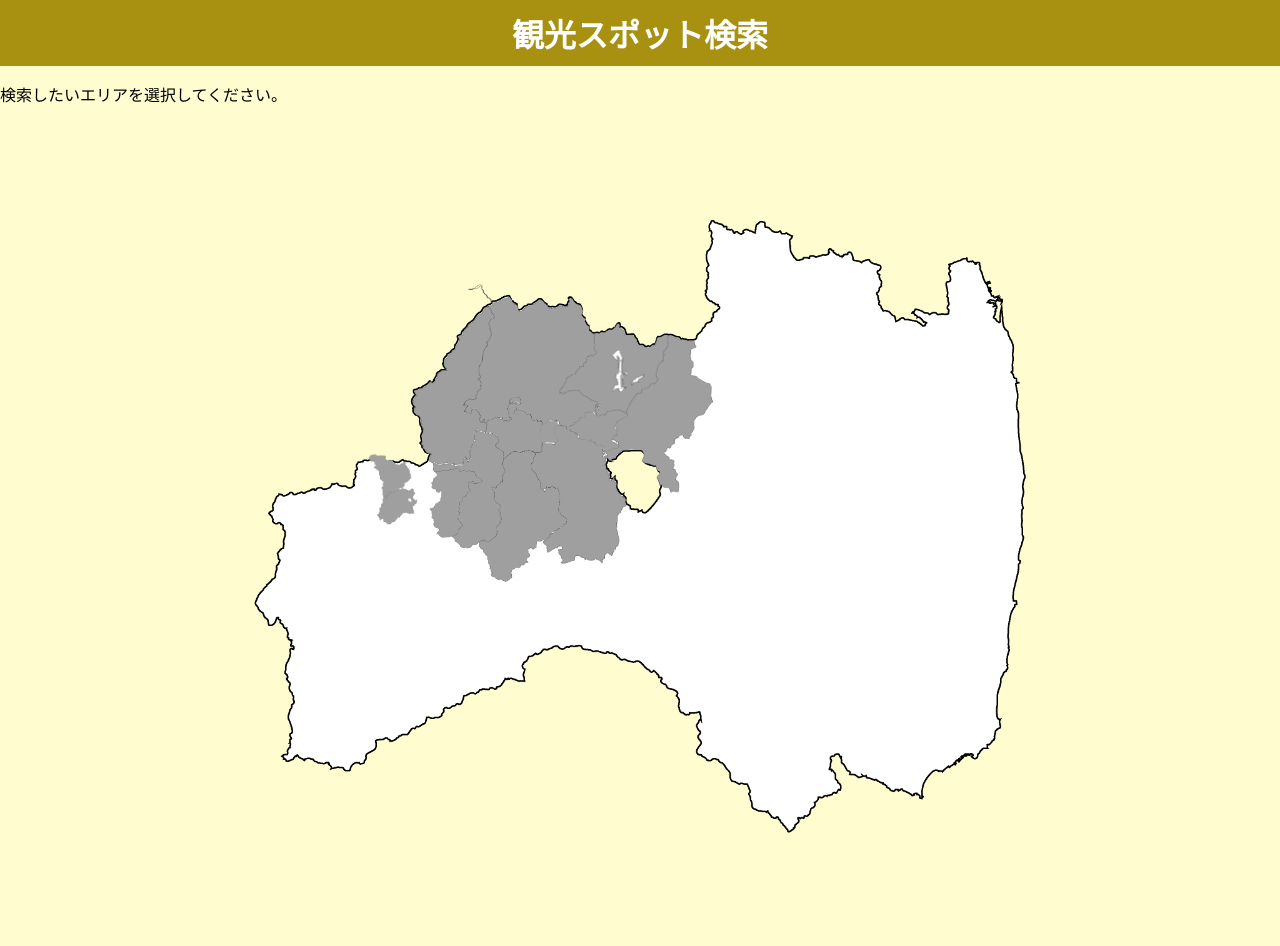
Repository: ryoutana/tanaryou.github.io
Page: Downloads/project/index.html
The author's editor kept a copy of each file at every save. The page is drawn from the files as they stood at one save, then again after a run of saves.
The browser window is 1280 px wide. The pictures show the whole page.

Above is the page before, as saved 2025-04-29 14:05:15.

### Downloads/project/index.html
<!DOCTYPE html>
<html lang="ja">
<head>
    <meta charset="UTF-8">
    <meta name="viewport" content="width=device-width, initial-scale=1.0">
    <title>観光スポット検索</title>
    <link rel="stylesheet" href="styles.css">
</head>
<body>
    <header>
        <h1 id="pageTitle">観光スポット検索</h1>
    </header>
    <main>
        <section id="intro">
            <p id="introText">検索したいエリアを選択してください。</p>
            <div id="mapContainer">
                <img id="introImage" src="福島県白地図.png" alt="福島県の地図">
                <div id="spotContainer"></div>
            </div>
        </section>
    </main>
    <script src="script.js"></script>
</body>
</html>

### Downloads/project/styles.css
/* styles.css */

/* 全体のリセット */
body, html {
    margin: 0;
    padding: 0;
    box-sizing: border-box;
    background-color: #fffdd0; /* 背景色をクリーム色に設定 */
    font-family: Arial, sans-serif;
}

/* ヘッダーのスタイル */
header {
    text-align: center;
    background-color: #a89110; /* ゴールド系の背景色 */
    padding: 10px 0;
}

#pageTitle {
    font-size: 2em;
    margin: 0;
    color: #fff; /* 白文字 */
}

/* 地図全体のコンテナ */
#mapContainer {
    position: relative;
    width: 80%; /* 地図の幅を画面幅に応じて調整 */
    max-width: 800px;
    margin: 20px auto;
    overflow: hidden;
    text-align: center;
}

#introImage {
    width: 100%; /* 地図画像を親要素にフィットさせる */
    height: auto;
    display: block;
    margin: 0 auto;
    z-index: 1;
}

/* スポット画像のコンテナ */
#spotContainer {
    position: absolute;
    top: 0;
    left: 0;
    width: 100%;
    height: 100%;
    z-index: 2;
}

/* スポット画像のスタイル */
.spot-image {
    position: absolute;
    transform: translate(-50%, -50%); /* 中心基準で配置 */
    cursor: pointer;
    transition: filter 0.3s ease;
    filter: brightness(0.8) saturate(0); /* デフォルトで薄い灰色 */
}

.spot-image:hover {
    filter: brightness(1.2) hue-rotate(90deg); /* カーソルが乗ると黄緑 */
}

.spot-image.active {
    filter: brightness(1) hue-rotate(120deg) saturate(2); /* クリックでしっかり緑 */
}

### Downloads/project/script.js
// script.js

// スポットデータ（座標は地図画像内の相対的なピクセル位置）
const spots = [
    { name: '会津坂下町', img: '会津坂下町(白地図).png', x: 275, y: 303, width: 78 },
    { name: '会津若松市', img: '会津若松市(白地図).png', x: 337, y: 368, width: 158 },
    { name: '会津美里町', img: '会津美里町(白地図).png', x: 283, y: 390, width: 149 },
    { name: '喜多方市', img: '喜多方市(白地図).png', x: 291, y: 230, width: 170 },
    { name: '金山町', img: '金山町(白地図).png', x: 157, y: 380, width: 50 },
    { name: '三島町', img: '三島町(白地図).png', x: 216, y: 377, width: 83 },
    { name: '昭和村', img: '昭和村(白地図).png', x: 150, y: 350, width: 55 },
    { name: '西会津町', img: '西会津町(白地図).png', x: 214, y: 260, width: 180 },
    { name: '猪苗代町', img: '猪苗代町(白地図).png', x: 418, y: 288, width: 178 },
    { name: '湯川村', img: '湯川村(白地図).png', x: 309, y: 306, width: 30 },
    { name: '磐梯町', img: '磐梯町(白地図).png', x: 357, y: 304, width: 69 },
    { name: '北塩原村', img: '北塩原村(白地図).png', x: 374, y: 244, width: 123 },
    { name: '柳津町', img: '柳津町(白地図).png', x: 229, y: 363, width: 134 }
];

// スポットを動的に生成
function generateSpots() {
    const spotContainer = document.getElementById('spotContainer');
    const mapContainer = document.getElementById('mapContainer');

    if (!spotContainer || !mapContainer) {
        console.error('Error: 必要な要素が見つかりません。');
        return;
    }

    const mapWidth = mapContainer.offsetWidth; // 地図の幅
    const mapHeight = mapContainer.offsetHeight; // 地図の高さ

    spots.forEach(spot => {
        const img = document.createElement('img');
        img.src = spot.img;
        img.alt = spot.name;
        img.style.width = `${(spot.width / 800) * mapWidth}px`; // 幅を地図のサイズに比例させる
        img.style.left = `${(spot.x / 800) * mapWidth}px`; // x座標を地図のサイズに比例させる
        img.style.top = `${(spot.y / 800) * mapHeight}px`; // y座標を地図のサイズに比例させる
        img.classList.add('spot-image');

        // クリックイベントで色を変更
        img.addEventListener('click', () => {
            if (img.classList.contains('active')) {
                img.classList.remove('active'); // 緑から灰色に戻す
            } else {
                img.classList.add('active'); // 緑にする
            }
        });

        spotContainer.appendChild(img);
    });
}

// 初期化処理
function init() {
    generateSpots();
    console.log('スポット画像の生成が完了しました。');
}

// ページ読み込み時に初期化
window.onload = init;

After the next 9 saves:
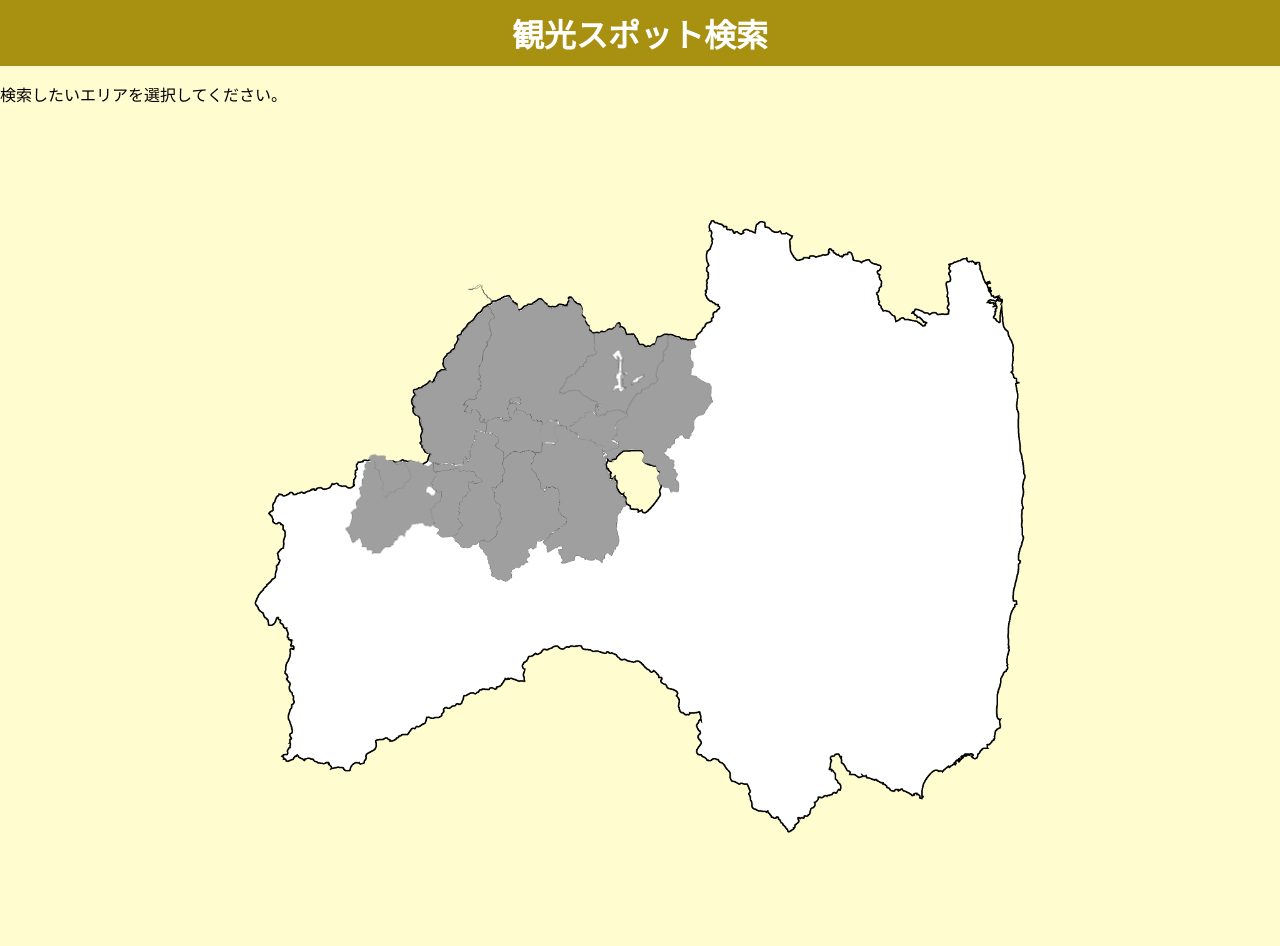
The 9 saves are shown as one change because they came seconds apart.
The last was saved 15 s later.
--- a/Downloads/project/script.js
+++ b/Downloads/project/script.js
@@ -6,7 +6,7 @@ const spots = [
     { name: '会津若松市', img: '会津若松市(白地図).png', x: 337, y: 368, width: 158 },
     { name: '会津美里町', img: '会津美里町(白地図).png', x: 283, y: 390, width: 149 },
     { name: '喜多方市', img: '喜多方市(白地図).png', x: 291, y: 230, width: 170 },
-    { name: '金山町', img: '金山町(白地図).png', x: 157, y: 380, width: 50 },
+    { name: '金山町', img: '金山町(白地図).png', x: 157, y: 380, width: 130 },
     { name: '三島町', img: '三島町(白地図).png', x: 216, y: 377, width: 83 },
     { name: '昭和村', img: '昭和村(白地図).png', x: 150, y: 350, width: 55 },
     { name: '西会津町', img: '西会津町(白地図).png', x: 214, y: 260, width: 180 },
